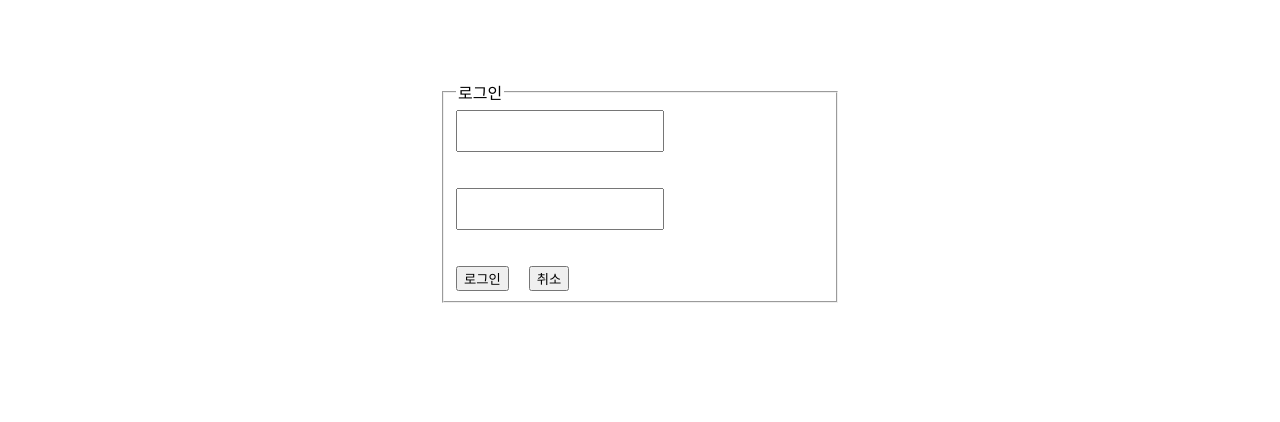
Repository: okgunyang/jsp
Page: http://localhost/practice01/login.jsp
These files come from the project's save history. The page is drawn as it stood at one moment and after the next save; the edit follows.
The browser window is 1280 px wide. The pictures show the whole page.
The page is served by Tomcat 9.

Above is the page before, as saved 2022-10-14 04:54:18.

After the next save:
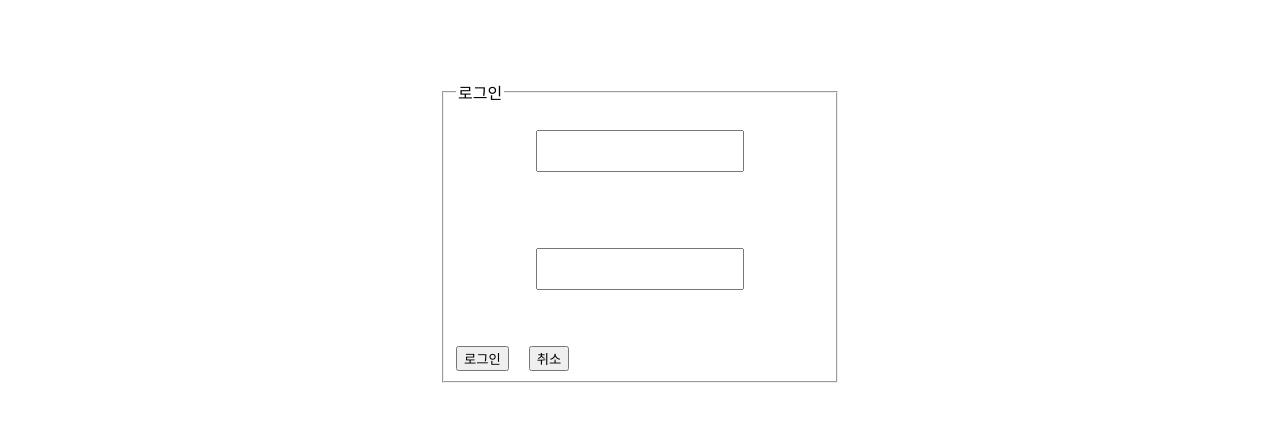
Saved 22 s later.
--- a/practice01/WebContent/login.jsp
+++ b/practice01/WebContent/login.jsp
@@ -7,7 +7,8 @@
 <title>로그인</title>
 <style>
 #loginForm { width:400px; margin:80px auto; }
-.input_data { display:block; width:200px; height:36px; line-height:36px; }
+.input_data { display:block; width:200px; height:36px; line-height:36px;
+clear:both; margin:20px auto; }
 .input_btn { }
 </style>
 </head>
